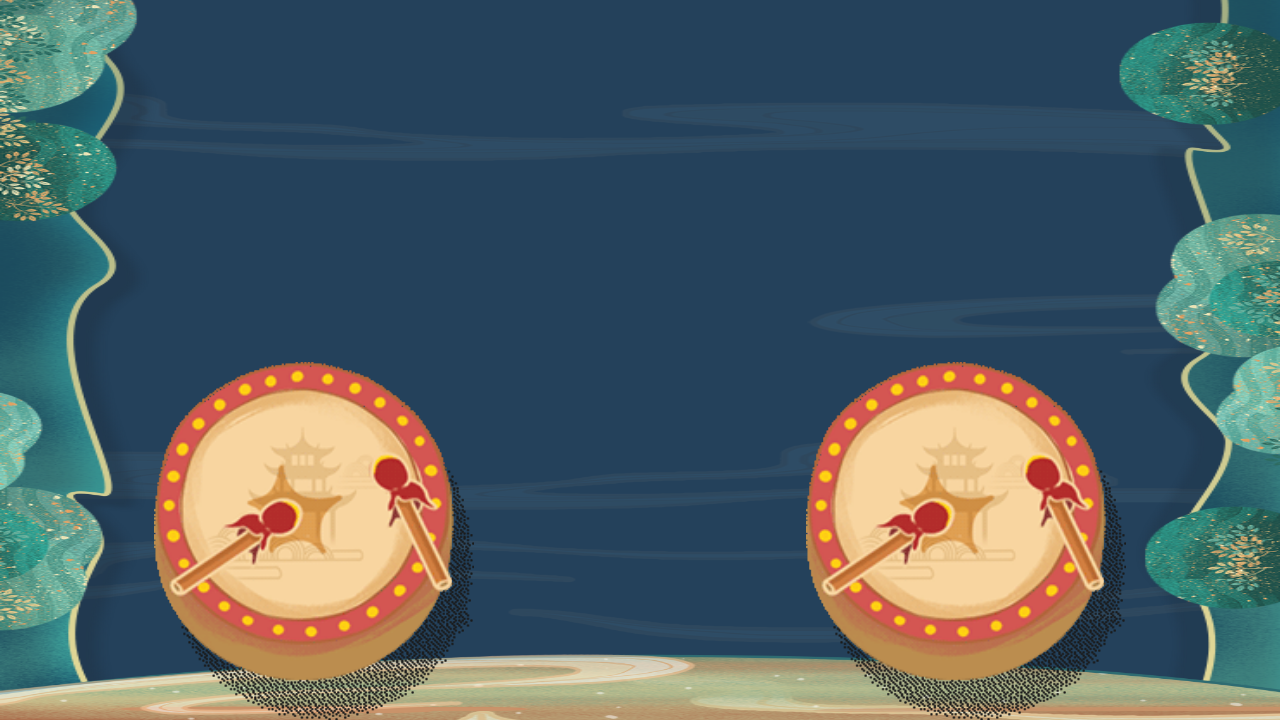
Repository: liushiwei151/hhl_dragon_boat_festival
Page: /Game
The author's editor kept a copy of each file at every save. The page is drawn from the files as they stood at one save, then again after the next save.
The browser window is 1280 px wide. The pictures show the whole page.
An inner scrolling area shows only its first screen. The project was rebuilt for these pictures with package versions that can differ from the ones it lists, and the page was loaded fresh each time. Also part of the build but not shown: vue.config.js, src/views/Home.vue.

Above is the page before, as saved 2020-06-05 16:42:05.

After the next save:
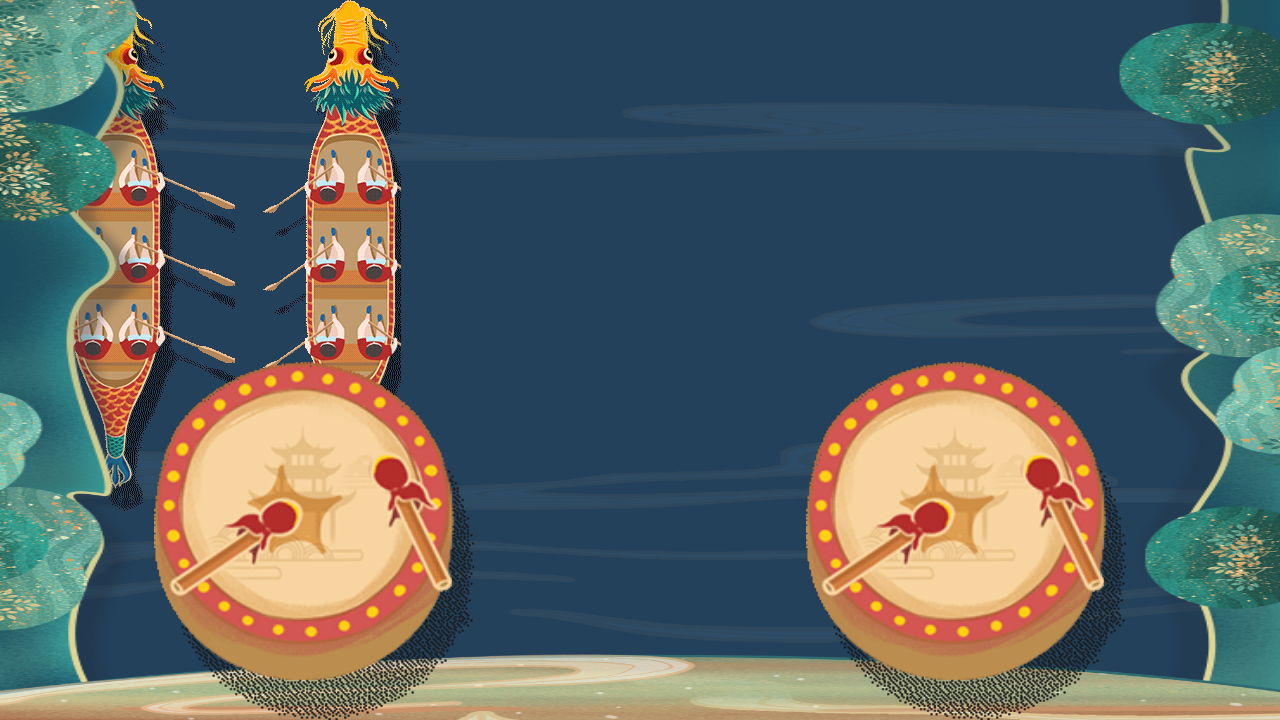
Saved 117 s later.
--- a/src/views/Game.vue
+++ b/src/views/Game.vue
@@ -136,8 +136,8 @@ export default class Game extends Vue {
     background: url(../assets/long.png) no-repeat;
     width: 31.333vw;
     height: 68.133vw;
-    background-position: 62.666vw 0;
-    // animation: play 1s steps(3) infinite;
+    // background-position: 62.666vw 0;
+    animation: play 1s steps(3) infinite;
   }
   .fixedBG {
     background: url(../assets/gameBG2.png) no-repeat;
